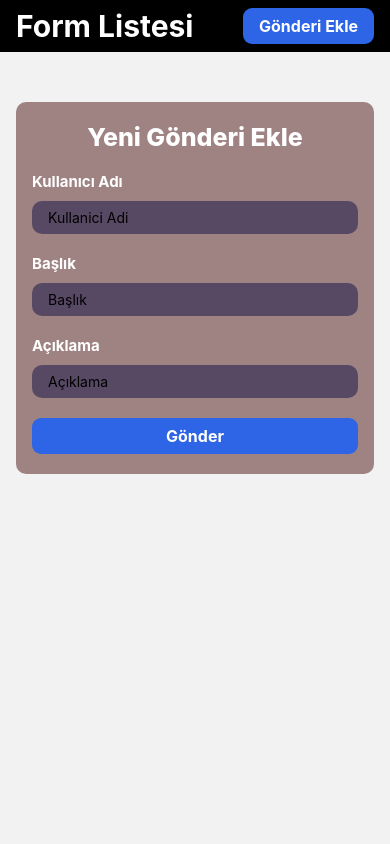
Repository: Kubraaygun/FirebaseRN
Screen: /
These files come from the project's save history. The screen is drawn as it stood at one moment and after the next save; the edit follows.
The app was drawn by React Native's web renderer in a window 390 px wide. The project was rebuilt for these pictures with package versions that can differ from the ones it lists, and the page was loaded fresh each time. Also part of the build but not shown: src/screens/ListPost/ListPostView.jsx, src/screens/ListPost/ListPostController.jsx.

Above is the screen before, as saved 2025-01-20 20:53:38.

After the next save:
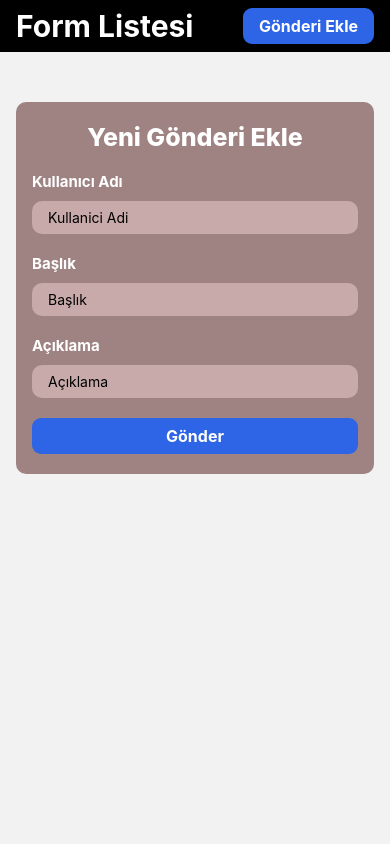
Saved 8 s later.
--- a/src/screens/AddPost/AddPostView.jsx
+++ b/src/screens/AddPost/AddPostView.jsx
@@ -65,7 +65,7 @@ const styles = StyleSheet.create({
     fontWeight: '700',
   },
   input: {
-    backgroundColor: '#574964',
+    backgroundColor: '#C8AAAA',
     paddingHorizontal: 16,
     paddingVertical: 8,
     borderRadius: 10,
